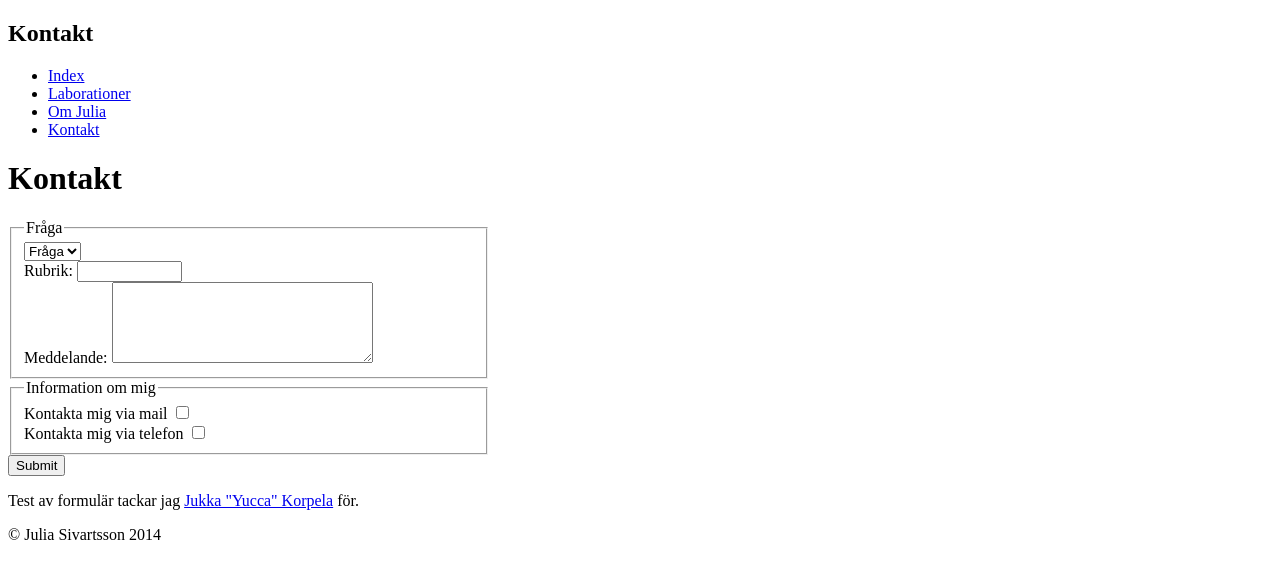
Repository: JuliaSivartsson/1ik415-jsigc09-laborationer
Page: pages/kontakt.html
The author's editor kept a record of every edit. The page is drawn from the files as they stood at one moment, then again after the next edit.
The browser window is 1280 px wide. The pictures show the whole page.

Above is the page before.

After the next edit:
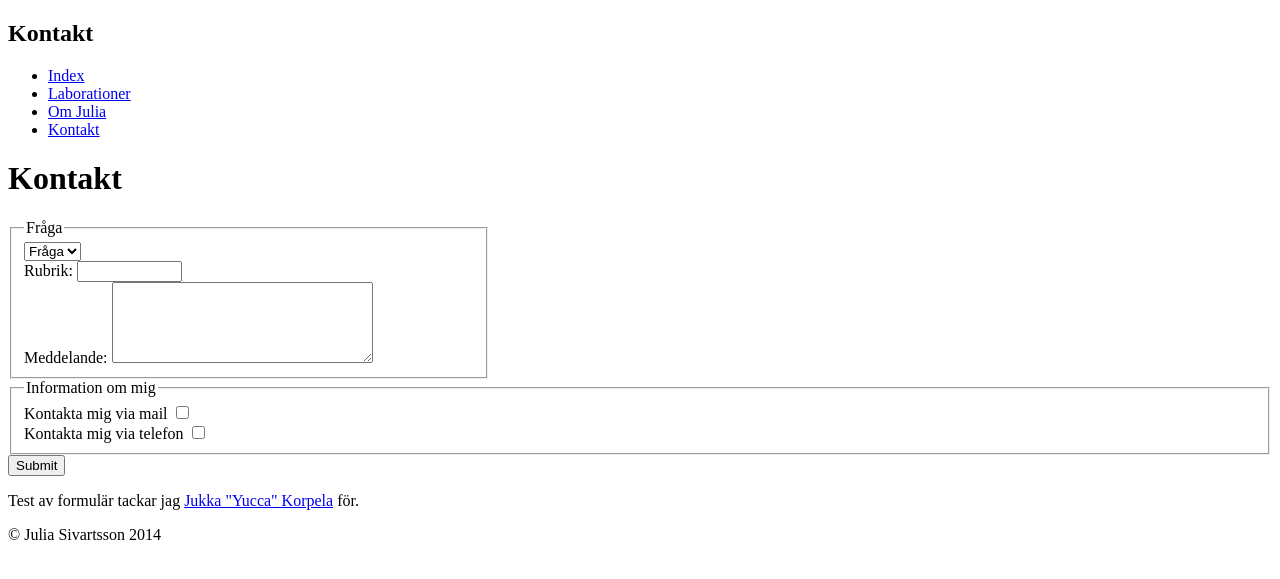
The edit:
--- a/pages/kontakt.html
+++ b/pages/kontakt.html
@@ -39,7 +39,7 @@
     <textarea name="meddelande" id="meddelande" cols="30" rows="5"></textarea>
 </fieldset>
 
-<fieldset style="width: 450px">
+<fieldset>
 <legend>Information om mig</legend>
 <label for="mail">Kontakta mig via mail</label>
 <input type="checkbox" name="mail" id="mail" value="mail"/><br />
